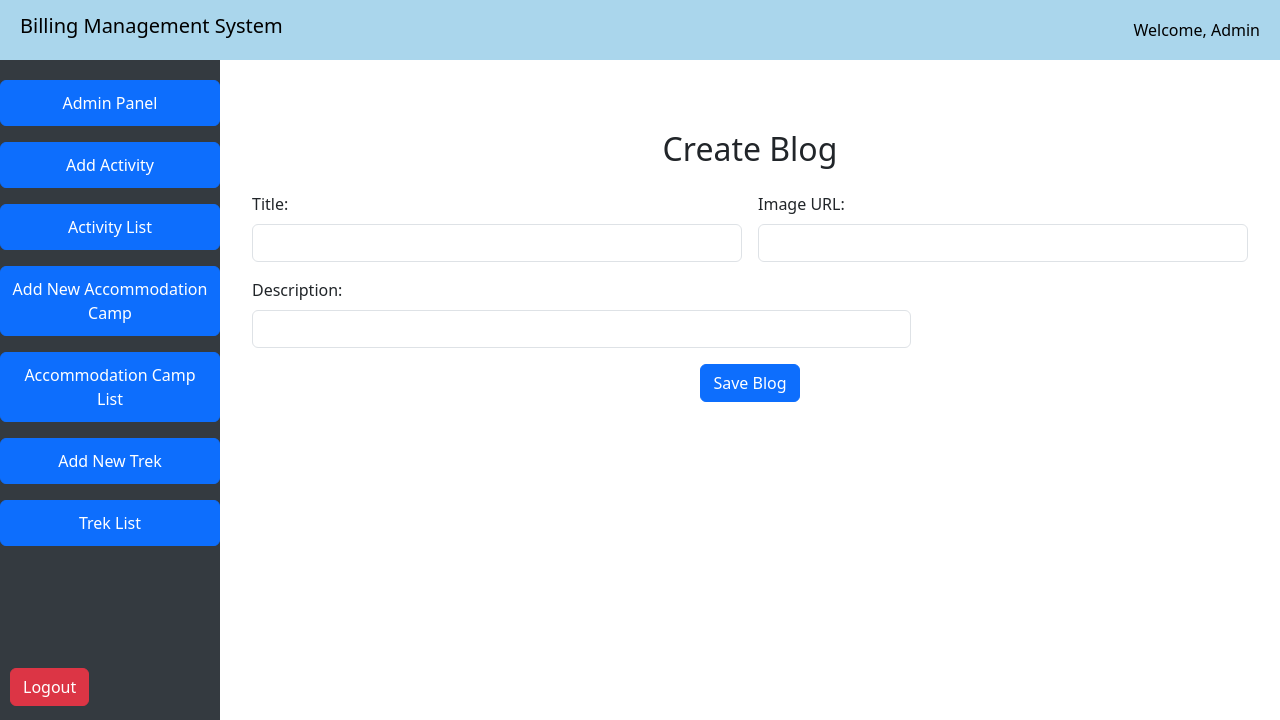
Repository: ruturajsurwase/Thymleaf-Projects
Page: http://localhost/create-article
The author's editor kept a copy of each file at every save. The page is drawn from the files as they stood at one save, then again after the next save.
The browser window is 1280 px wide. The pictures show the whole page.
The page is this project's Thymeleaf template; nobody is signed in. The template is opened directly, without the code that normally fills it, so the values that code supplies are empty.

Above is the page before, as saved 2024-12-16 08:31:32.

After the next save:
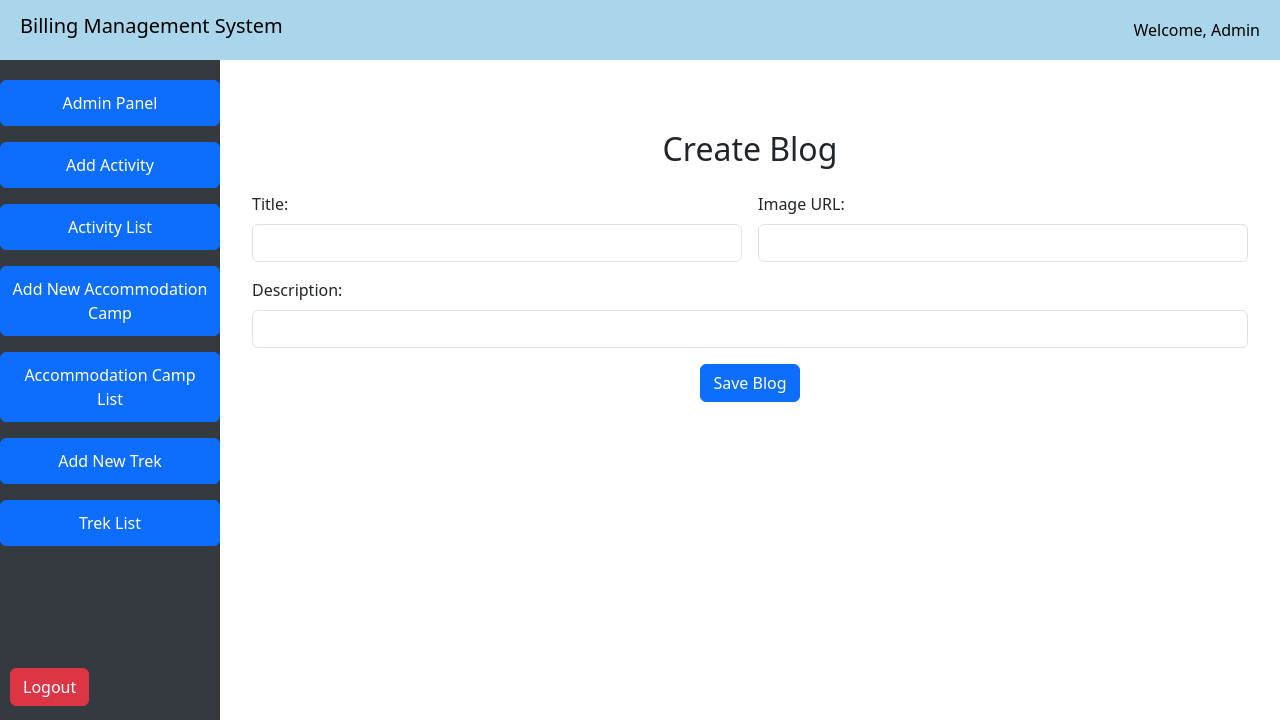
Saved 55 s later.
--- a/WEEKENDFEELS/src/main/resources/templates/create-article.html
+++ b/WEEKENDFEELS/src/main/resources/templates/create-article.html
@@ -116,7 +116,7 @@
                 </div>
 
 
-				<div class="col-md-8">
+				<div class="col-md-12">
                     <label class="form-label" for="description">Description:</label>
                     <input type="text" id="imageUrl" name="description" class="form-control" required>
                 </div>

After the save that followed:
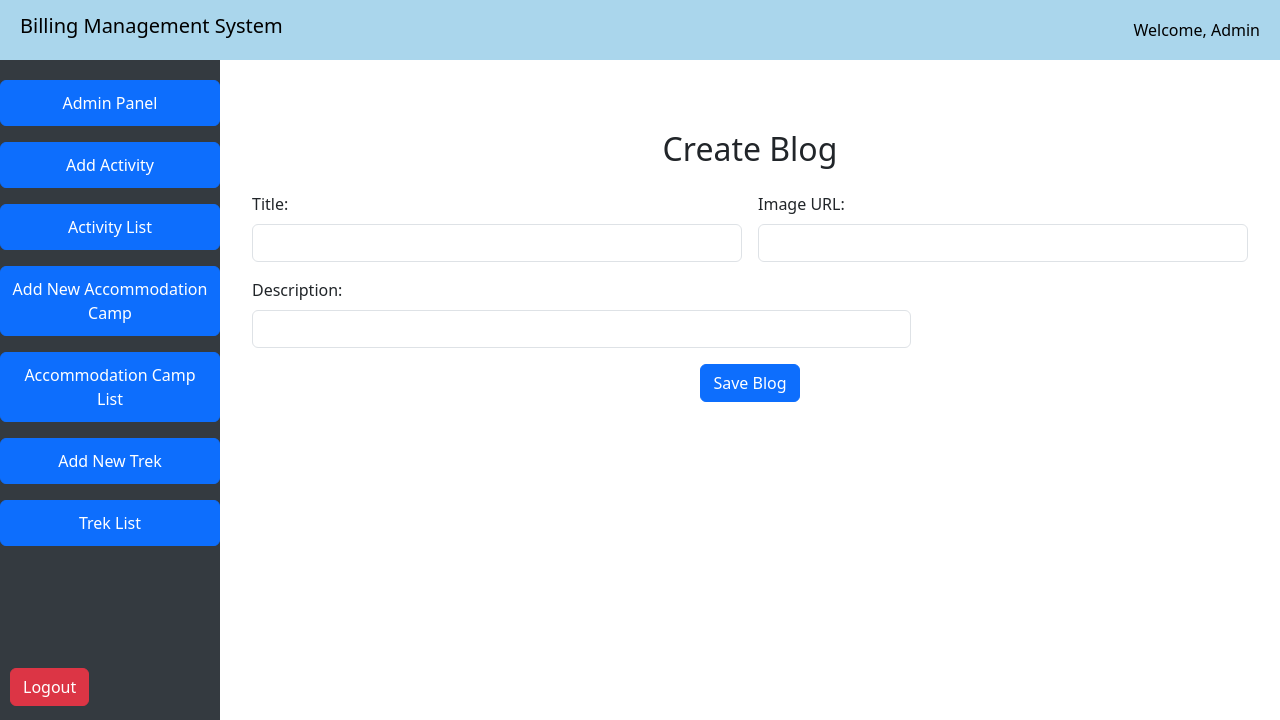
Saved 10 s later.
--- a/WEEKENDFEELS/src/main/resources/templates/create-article.html
+++ b/WEEKENDFEELS/src/main/resources/templates/create-article.html
@@ -116,7 +116,7 @@
                 </div>
 
 
-				<div class="col-md-12">
+				<div class="col-md-8">
                     <label class="form-label" for="description">Description:</label>
                     <input type="text" id="imageUrl" name="description" class="form-control" required>
                 </div>
